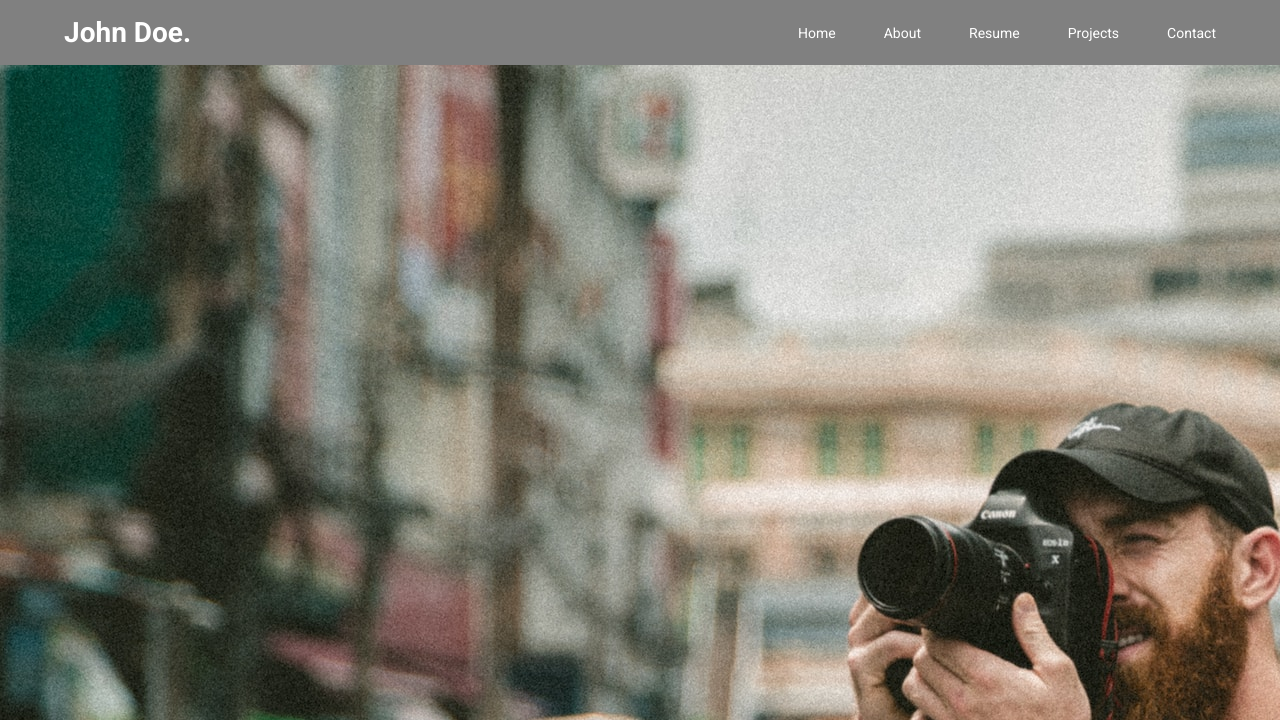
Repository: DevAntonioRogers/portfolio-tutorial
Page: index.html
These files come from the project's save history. The page is drawn as it stood at one moment and after the next save; the edit follows.
The browser window is 1280 px wide. The pictures show the whole page.

Above is the page before, as saved 2023-10-31 23:10:34.

### index.html
<!DOCTYPE html>
<html lang="en">
  <head>
    <meta charset="UTF-8" />
    <meta
      name="viewport"
      content="width=device-width, initial-scale=1.0"
    />
    <script src="https://unpkg.com/typed.js@2.0.16/dist/typed.umd.js"></script>
    <script
      type="module"
      src="https://unpkg.com/ionicons@7.1.0/dist/ionicons/ionicons.esm.js"
    ></script>
    <script
      nomodule
      src="https://unpkg.com/ionicons@7.1.0/dist/ionicons/ionicons.js"
    ></script>
    <link rel="stylesheet" href="./styles/main.css" />
    <title>John Doe Portfolio</title>
  </head>
  <body>
    <!-------- NAVBAR --------->
    <header>
      <nav role="navigation" aria-label="Navigation">
        <div class="container navbar">
          <h1>John Doe.</h1>

          <ul class="nav-menu">
            <li><a href="#home">Home</a></li>
            <li><a href="#about">About</a></li>
            <li><a href="#resume">Resume</a></li>
            <li><a href="#projects">Projects</a></li>
            <li><a href="#contact">Contact</a></li>
          </ul>

          <button
            aria-label="Toggle Mobile Menu"
            class="hamburger"
          >
            <span class="bar"></span>
            <span class="bar"></span>
            <span class="bar"></span>
          </button>
        </div>
      </nav>
    </header>

    <main>
      <!--HERO SECTION -->
      <section id="home" class="hero">
        <div class="hero-overlay"></div>
        <div class="container hero-content">
          <div class="hero-text">
            <h2 id="typed-text"></h2>
          </div>

          <div
            class="hero-socials"
            aria-label="Social Media Links"
          >
            <a href="#" aria-label="Twitter Link"
              ><ion-icon name="logo-twitter"></ion-icon
            ></a>
            <a href="#" aria-label="Github Link"
              ><ion-icon name="logo-github"></ion-icon
            ></a>
            <a href="#" aria-label="LinkedIn Link"
              ><ion-icon name="logo-linkedin"></ion-icon
            ></a>
            <a href="#" aria-label="Facebook Link"
              ><ion-icon name="logo-facebook"></ion-icon
            ></a>
          </div>
        </div>
      </section>
    </main>

    <script src="./app.js"></script>
  </body>
</html>

### styles/main.css
@import url("https://fonts.googleapis.com/css2?family=Roboto:wght@100;400;500;700&display=swap");
@import url(./navbar.css);
@import url(./hero.css);
* {
  box-sizing: border-box;
  padding: 0;
  margin: 0;
  font-family: "Roboto", sans-serif;
}

html {
  scroll-behavior: smooth;
}

li {
  list-style: none;
}

a {
  text-decoration: none;
  color: inherit;
}

button {
  outline: none;
  border: none;
  background: inherit;
}

.container {
  width: 90%;
  margin: 0 auto;
  max-width: 1400px;
  height: 100%;
}

article {
  padding: 20px 0;
  display: flex;
  flex-direction: column;
  gap: 10px;
  border: solid 1px #dad9d9;
}

### app.js
//NAVBAR

const hamburger = document.querySelector('.hamburger')
const navMenu = document.querySelector('.nav-menu')
const body = document.querySelector('body')
const navLinks = navMenu.querySelectorAll('li');

hamburger.addEventListener('click', () => {
  hamburger.classList.toggle('active')
  navMenu.classList.toggle('active')
  body.classList.toggle("no-scroll")
})

function closeMenu() {
  hamburger.classList.remove('active')
  navMenu.classList.remove('active')
  body.classList.remove("no-scroll")
}

navLinks.forEach((link) => {
  link.addEventListener('click', closeMenu)
})

### styles/navbar.css
nav {
  background-color: grey;
  position: fixed;
  width: 100%;
  z-index: 999;
  top: 0;
  left: 0;
  padding: 1rem 0;
}

.navbar {
  display: flex;
  justify-content: space-between;
  align-items: center;
}

.navbar h1 {
  color: white;
  font-size: 28px;
}

.nav-menu {
  display: flex;
  gap: 3rem;
  align-items: center;
}

.nav-menu li {
  font-size: 14px;
  color: white;
}

.bar {
  background-color: white;
  display: block;
  width: 23px;
  height: 2px;
  margin: 5px auto;
  transition: all 0.3s ease-in-out;
}

.hamburger {
  display: none;
  z-index: 999;
}

@media only screen and (max-width: 768px) {
  .hamburger {
    display: block;
  }

  .nav-menu {
    position: fixed;
    top: 0;
    right: 0;
    width: 100%;
    height: 100%;
    flex-direction: column;
    align-items: center;
    background-color: black;
    padding: 20px 0;
    z-index: 10;
    transition: 0.3s ease-in-out;
    gap: 5rem;
    padding-top: 6rem;
    left: -100%;
  }

  .nav-menu.active {
    left: 0;
  }

  .hamburger.active .bar:nth-child(2) {
    opacity: 0;
  }

  .hamburger.active .bar:nth-child(1) {
    transform: translateY(8px) rotate(45deg);
  }

  .hamburger.active .bar:nth-child(3) {
    transform: translatey(-6px) rotate(-45deg);
  }
}

### styles/hero.css
.hero {
  position: relative;
  height: 100vh;
  background: url(/assets/hero.jpg);
}

After the next save:
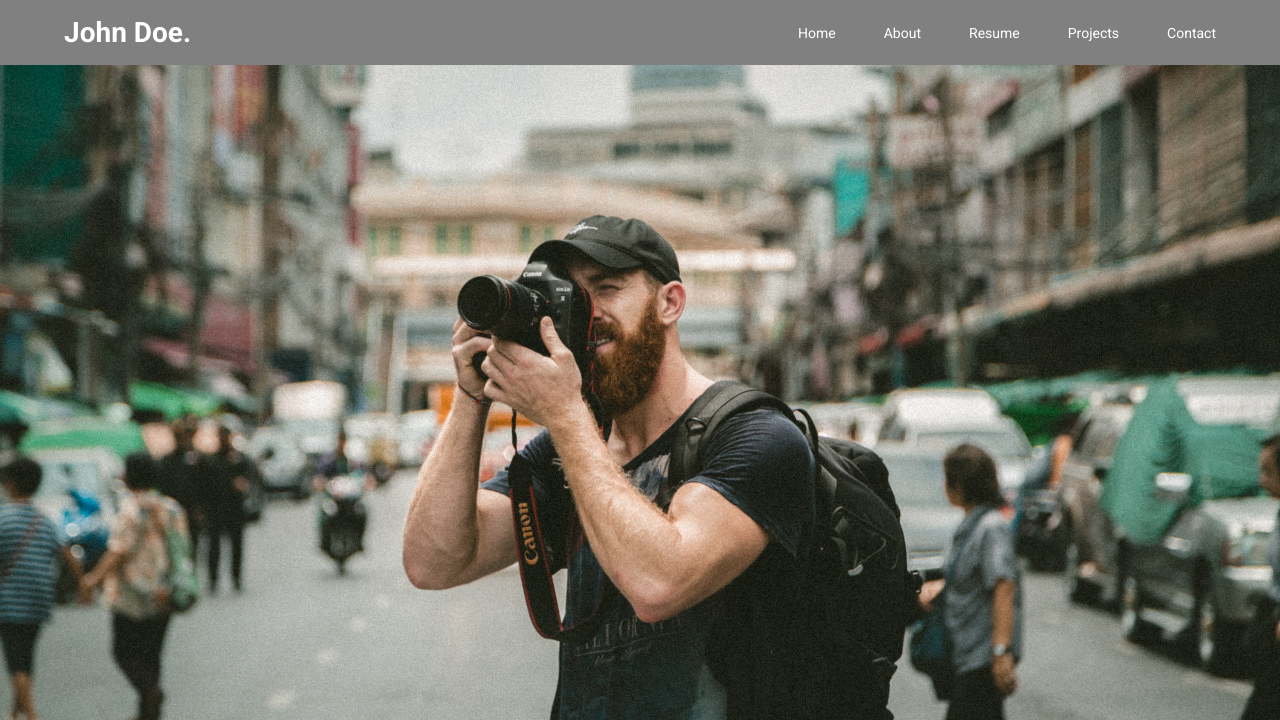
Saved 19 s later.
--- a/styles/hero.css
+++ b/styles/hero.css
@@ -2,4 +2,7 @@
   position: relative;
   height: 100vh;
   background: url(/assets/hero.jpg);
+  background-size: cover;
+  z-index: 1;
+  background-attachment: fixed;
 }
